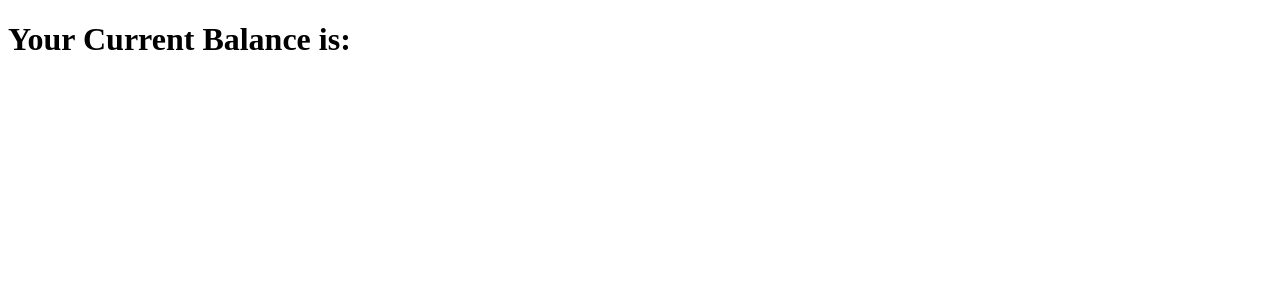
Repository: laikrish/day10
Page: http://localhost/BankApp/balanceenquiry.jsp
These files come from the project's save history. The page is drawn as it stood at one moment and after the next save; the edit follows.
The browser window is 1280 px wide. The pictures show the whole page.
The page is served by Tomcat 9.

Above is the page before, as saved 2018-09-14 09:31:25.

After the next save:
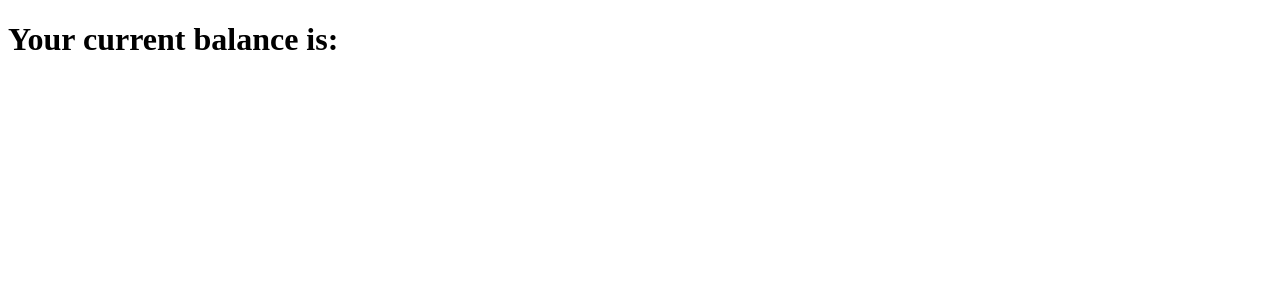
Saved 5 min 6 s later.
--- a/BankApp/WebContent/balanceenquiry.jsp
+++ b/BankApp/WebContent/balanceenquiry.jsp
@@ -7,7 +7,7 @@
 <title>Check Balance</title>
 </head>
 <body bg color="lightcoral">
- <h1>Your Current Balance is: </h1>
+ <h1>Your current balance is:  ${sessionScope.Customer.account.balance}</h1>
 
 </body>
 </html>
